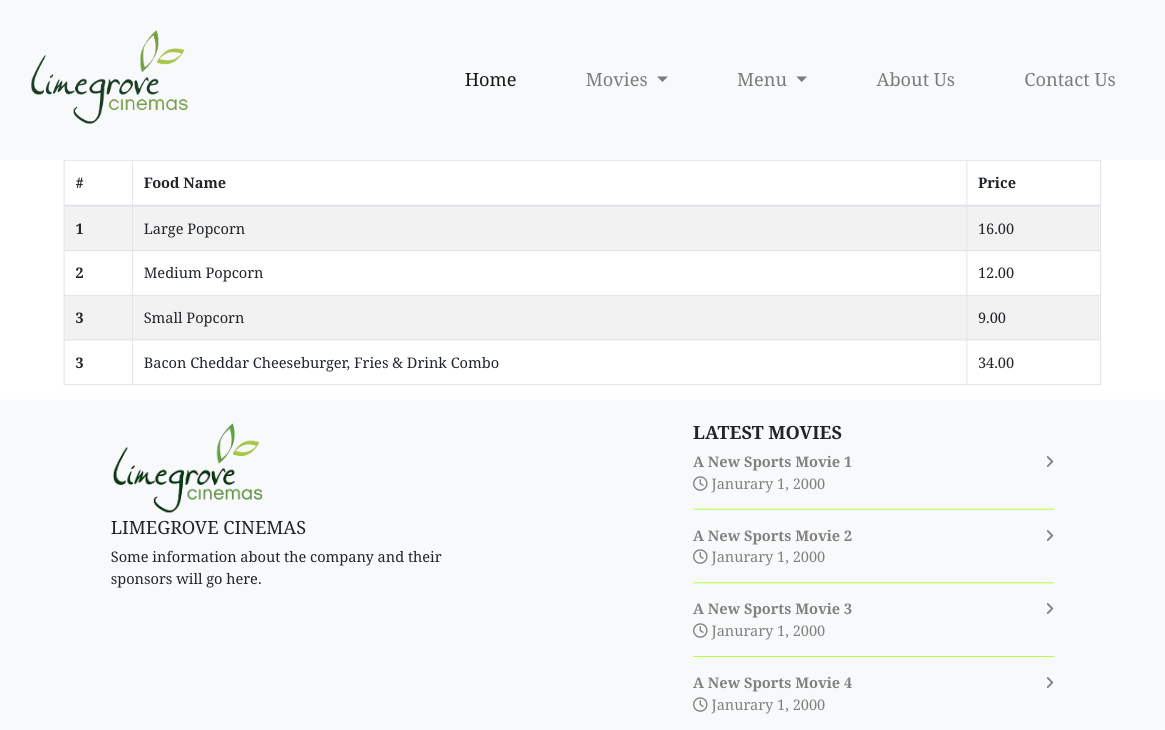
Repository: SimplyZacc/movie-web-template
Page: http://localhost/
An editor plug-in stored every save of this project. The page is shown before and after the next save, followed by the edit.
The browser window is 1280 px wide. The pictures show the whole page, at 91% of full size.
Some web libraries are served in a nearby version. The page is run by PHP 8.4 with error messages shown; the project is at /var/www/html/.

Above is the page before, as saved 2020-06-28 23:12:24.

After the next save:
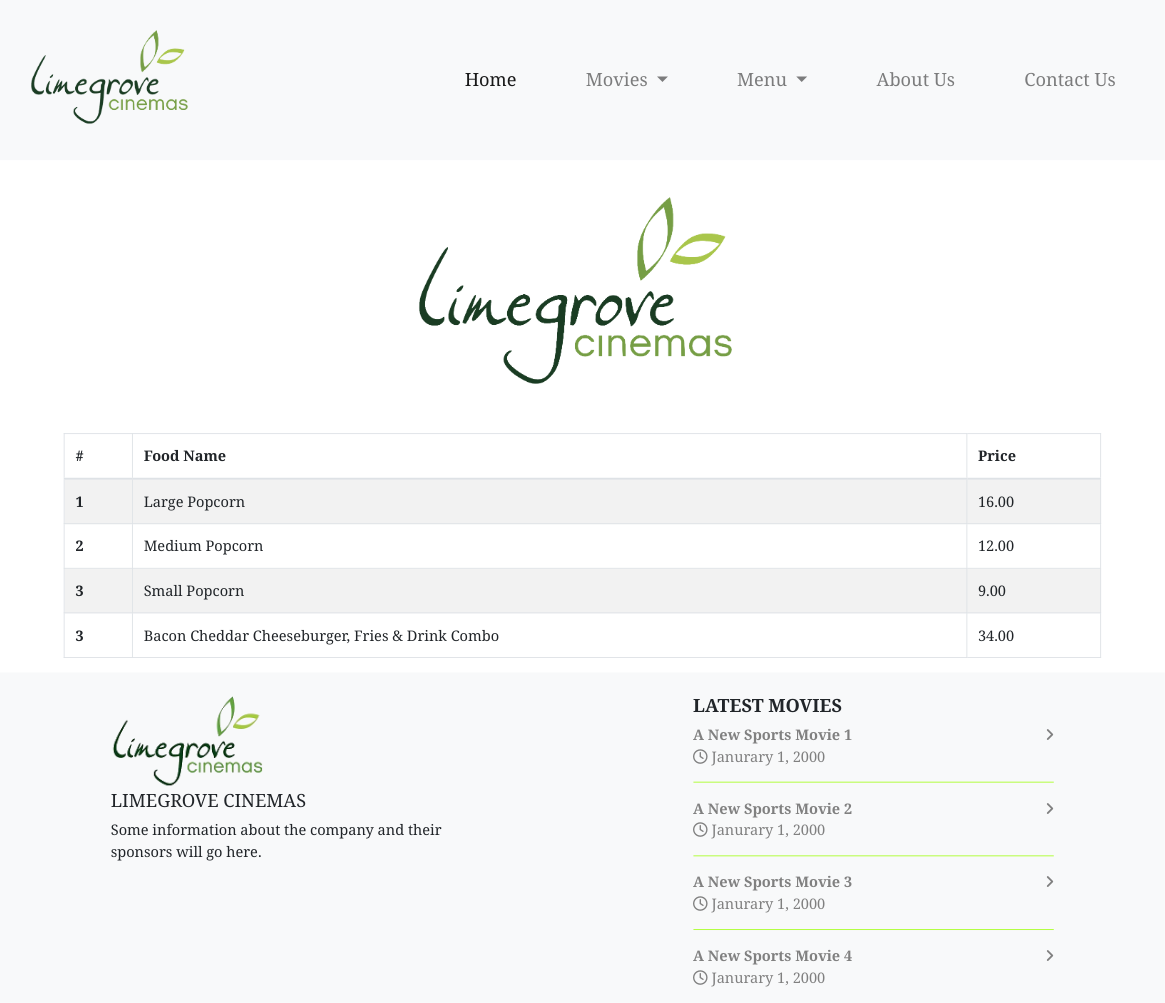
Saved 37 s later.
--- a/assets/css/styles.css
+++ b/assets/css/styles.css
@@ -276,3 +276,25 @@
 }
 
 .movie-info-bottom {}
+
+
+/* INDEX */
+
+.index-head {
+    min-height: 300px;
+    height: 100%;
+    width: 100%;
+    background-image: url('/assets/images/lgcgreenlogo.png');
+    background-position-x: center;
+    background-repeat: no-repeat;
+    background-size: contain;
+}
+
+.contact-head-body {
+    font-weight: bold;
+    font-size: 17px;
+    color: green;
+    width: 30%;
+    padding-left: 50px;
+    padding-top: 100px;
+}
